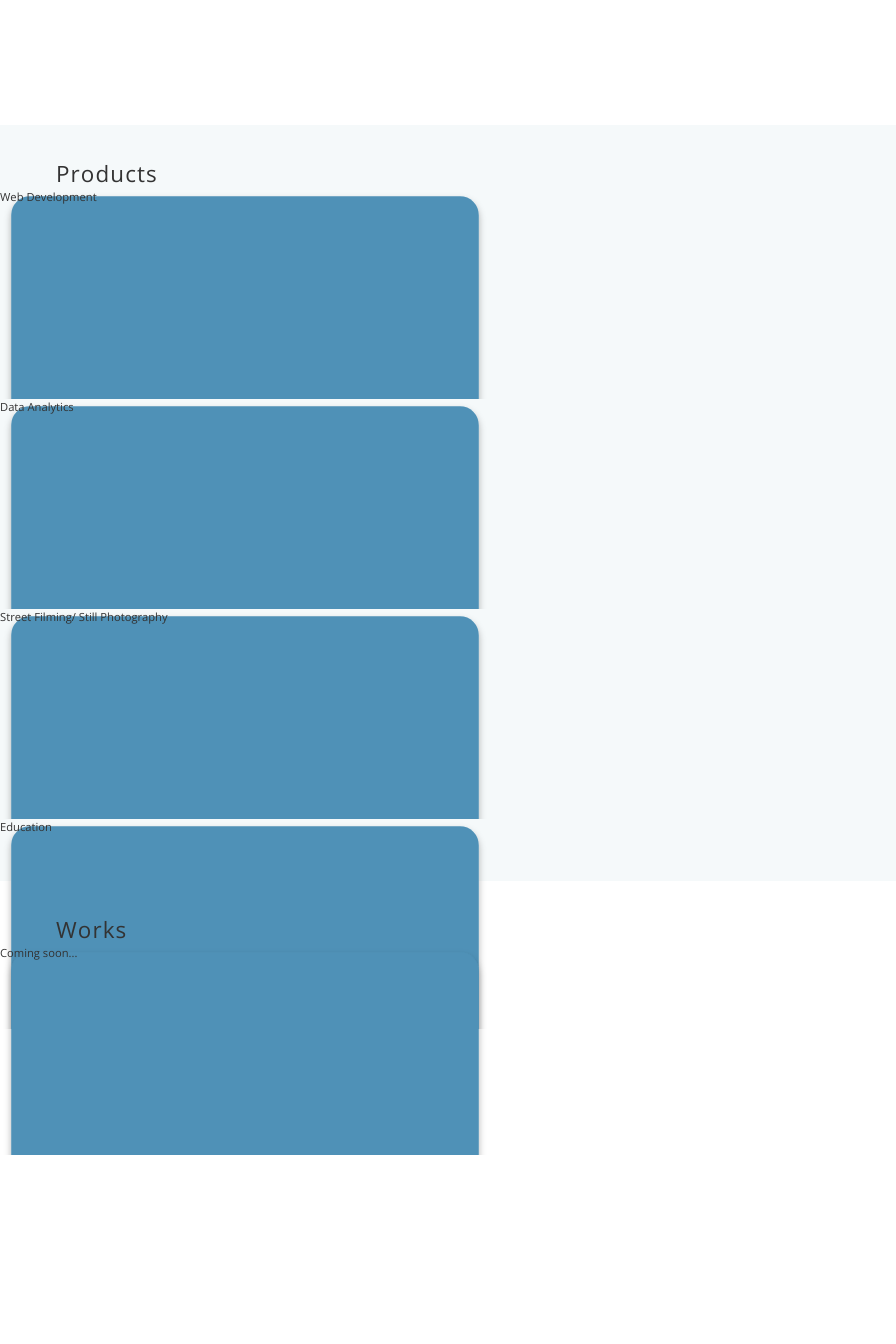
Repository: AirDepot/web
Page: index.html
These files come from the project's save history. The page is drawn as it stood at one moment and after a run of saves; the edit follows.
The browser window is 1280 px wide. The pictures show the part of the page from y = 1982 to 3902 px (the page is 6592 px tall), at 70% of full size.

Above is the page before, as saved 2020-02-11 23:55:26.

### index.html
<!DOCTYPE html>
<html lang="ja">
    <head>
        <meta charset="UTF-8">
        <link href="https://fonts.googleapis.com/css?family=Open+Sans:100,300,400,600" rel="stylesheet" type="text/css">
        <link href="http://code.ionicframework.com/ionicons/2.0.1/css/ionicons.min.css" rel="stylesheet" type="text/css">
        <link type="text/css" rel="stylesheet" href="./assets/css/common.css">
        <title>KustomApe</title>
        <meta name=”keywords” content="Python, Web, 映像, 教材, 開発">
        <meta name=”description” content=”Pythonを使ったプロダクト開発のKustomApe。車業界、ストリート映像を軸としたプロダクトDevelopmentユニット。Web開発、データクローリング、映像・写真、プログラミングの教材開発を行っています。”>
    </head>
    <body>
        <div id="wrap">
            <div id="home">
                <header id="header">
                    <h1 id="logo"><a href="#home"><img src="./assets/img/main_logo.svg" alt="KustomApe"></a></h1>
                    <nav id="nav">
                        <ul id="navigations">
                            <li><a href="#about">About</a></li>
                            <li><a href="#products">Products</a></li>
                            <li><a href="#works">Works</a></li>
                            <li><a href="#hackers">Developers</a></li>
                            <li><a href="#contact">Contact</a></li>
                        </ul>
                    </nav>
                </header>
                <div id="header_contents">
                    <p id="ape_icon"><img src="./assets/img/ape_icon.svg" alt="Apeのアイコン画像"></p>
                    <h2 id="concept">Verbalize, makes the best Product.</h2>
                </div>
            </div>
            <div id="about">
                <h3 class="section_titles">About</h3>
                <p id="about_kustomape">KustomApe(カスタムエイプ)はWebをはじめとする車業界、ストリート映像を軸としたDevelopmentユニットです。<br />
                好きを言語化して、プロダクトにすることを得意としています。<br />
                また、自分の生き方の選択肢を広げるため、プログラミング・英語・映像を軸とした教材開発も行っています。<br />
                部品輸入・アパレル輸入・アパレルデザインなども個人に特化した形で提供しております。<br />
                詳しくはProductsをご覧ください。</p>
            </div>
            <div id="products">
                <h3 class="section_titles">Products</h3>
                    <p class="box">Web Development</p>
                    <p class="box">Data Analytics</p>
                    <p class="box">Street Filming/ Still Photography</p>
                    <p class="box">Education</p>
            </div>
            <div id="works">
                <h3 class="section_titles">Works</h3>
                <p class="box unlaunched">Coming soon...</p>
            </div>
            <div id="developers">
                <h3 class="section_titles">Developers</h3>

            </div>
            <div id="contact">
                <h3 class="section_titles">Contact</h3>

            </div>
            <footer id="footer">
                <small>Copyright &copy; 2020 KustomApe All Rights Reserved.</small>
            </footer>
        </div>
    </body>
</html>

### assets/css/common.css
/**********************************************
*** GENERAL
**********************************************/

* {
    margin: 0;
    padding: 0;
    box-sizing: border-box;
}

.clearfix::after {
    content: "";
    display: table;
    clear: both;
}

html {
    overflow: auto;
}

body {
    color: #333;
    font-family: Open Sans, Arial, Helvetica, sans-serif;
    overflow: hidden;
}

ul {
    list-style: none;
}

a {
    text-decoration: none;
}

div#wrap {
    width: 100%;
    margin-top: -3rem;
}

div#home {
    width: 100%;
    height: 1080px;
    background-image: url(../img/wrap_bg.svg);
    background-position: center top;
    background-repeat: no-repeat;
    background-size: cover;
}

header#header {
    width: 100%;
    height: 150px;
    margin-left: 5rem;
}

header#header h1#logo {
    width: 500px;
    margin-top: 3rem;
}

h1#logo img {
    margin-top: 3rem;
    width: 350px;
}

nav#nav {
    margin-top: -4rem;
}

nav#nav ul#navigations {
    display: flex;
    justify-content: center;
    align-items: center;
    list-style: none;
    margin-left: 43rem;
}

nav#nav ul#navigations li {
    padding-right: 3.5rem;
}

nav#nav ul#navigations li a {
    color: #fff;
}

div#header_contents {
    display: inline-flex;
    margin-left: 5rem;
    padding: 15rem 0;
}

div#header_contents h2#concept {
    padding: 4.5rem 1rem;
    letter-spacing: 0.1rem;
    font-weight: 100;
    font-size: 1.5rem;
}

div#header_contents p#ape_icon img {
    width: 200px;
}

h3.section_titles {
    font-size: 2rem;
    font-weight: 500;
    padding-top: 3rem;
    margin-left: 5rem;
    letter-spacing: 0.1rem;
}

div#about {
    width: 100%;
    height: 1080px;
}

div#about p#about_kustomape {
    padding-top: 5rem;
    margin-left: 5rem;
    font-size: 1rem;
    letter-spacing: 0.1rem;
    line-height: 5rem;
}

div#products {
    width: 100%;
    height: 1080px;
    background: #F5F9FA;
}

p.box {
    display: inline-block;
    background-image: url(../img/box_bg.svg);
    background-position: center top;
    background-repeat: no-repeat;
    background-size: cover;
    width: 700px;
    height: 300px;
}

div#works {
    width: 100%;
    height: 1080px;
}

div#developers {
    width: 100%;
    height: 1080px;
    background: #F5F9FA;
}

div#contact {
    width: 100%;
    height: 1080px;
}

footer#footer {
    width: 100%;
    height: 7rem;
    background: #285E7F;
}

footer#footer small {
    display: block;
    text-align: center;
    color: #fff;
    padding: 3rem 0;
}

After the next 2 saves:
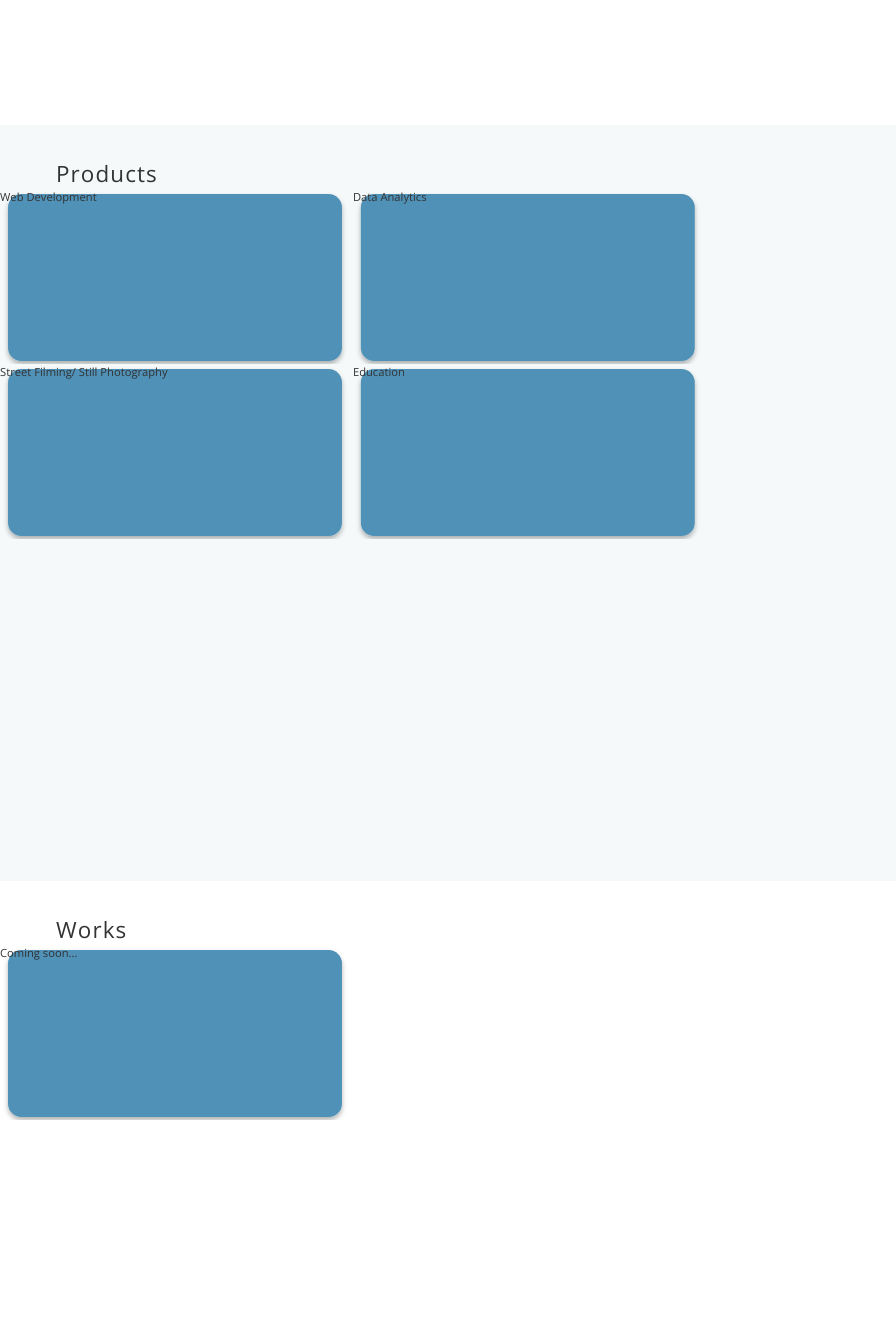
The 2 saves are shown as one change because they came seconds apart.
The last was saved 61 s later.
--- a/assets/css/common.css
+++ b/assets/css/common.css
@@ -132,8 +132,8 @@ p.box {
     background-position: center top;
     background-repeat: no-repeat;
     background-size: cover;
-    width: 700px;
-    height: 300px;
+    width: 500px;
+    height: 250px;
 }
 
 div#works {
